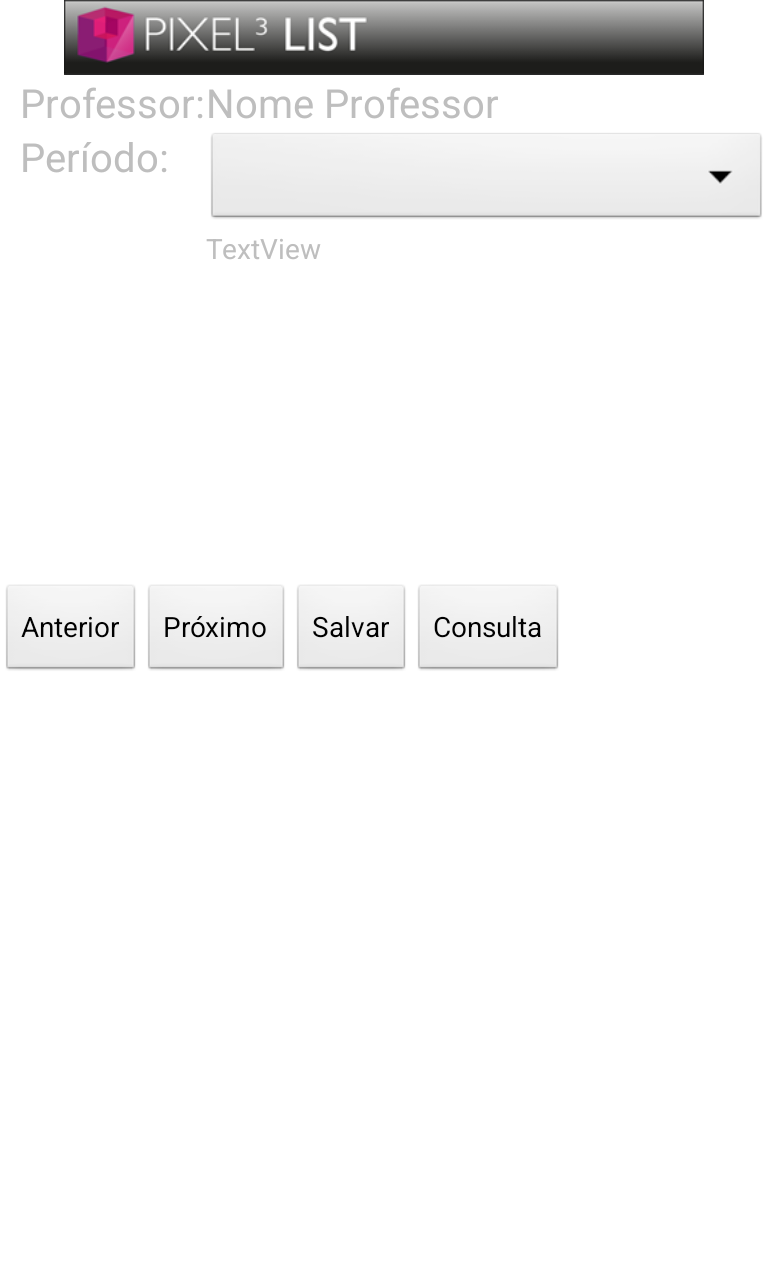
Repository: pixel3mobi/listaDigital
Layout: Pixel3List/res/layout/chamada.xml
The author's editor kept a copy of each file at every save. The layout is drawn from the files as they stood at one save, then again after the next save.
It is drawn on a 768 x 1280 px phone screen (xhdpi) without system bars, with theme android:Theme; the app's code is not run. Lists and similar views that code fills are empty.

Above is the layout before, as saved 2011-03-23 16:11:14.

### Pixel3List/res/layout/chamada.xml
<?xml version="1.0" encoding="utf-8"?>
<RelativeLayout
	android:id="@+id/widget50"
	android:background="@drawable/fundo_branco"
	android:layout_width="fill_parent"
	android:layout_height="fill_parent"
	xmlns:android="http://schemas.android.com/apk/res/android">
	<ImageView
		android:id="@+id/cabecalho"
		android:src="@drawable/cabecalho"
		android:layout_width="fill_parent"
		android:layout_height="wrap_content"
		android:layout_alignParentTop="true"
		android:layout_alignParentLeft="true">
	</ImageView>
	<RelativeLayout
		android:layout_height="wrap_content"
		android:id="@+id/relativeLayout2"
		android:background="@drawable/fundo_branco"
		android:layout_width="wrap_content"
		android:layout_below="@+id/cabecalho"
		android:layout_alignLeft="@+id/cabecalho"
		android:layout_alignRight="@+id/cabecalho">
		<TextView
			android:id="@+id/txtProfessor"
			android:layout_height="wrap_content"
			android:paddingLeft="10dip"
			android:text="Professor:"
			android:textSize="20dip"
			android:layout_width="wrap_content"
			android:layout_alignParentTop="true">
		</TextView>
		<TextView android:id="@+id/txtPeriodo" android:textSize="20dip" android:layout_height="wrap_content" android:paddingLeft="10dip" android:layout_width="wrap_content" android:text="Período:" android:layout_below="@+id/txtProfessor" android:layout_alignLeft="@+id/txtProfessor"></TextView>
		<TextView android:id="@+id/nomeProfessor" android:textSize="20dip" android:layout_height="wrap_content" android:layout_width="wrap_content" android:text="Nome Professor" android:layout_toRightOf="@+id/txtProfessor" android:layout_alignTop="@+id/txtProfessor" android:layout_alignBottom="@+id/txtProfessor"></TextView>
		<Spinner android:layout_height="50dip" android:layout_width="fill_parent" android:paddingLeft="10dip" android:id="@+id/periodos" android:layout_below="@+id/nomeProfessor" android:layout_alignLeft="@+id/nomeProfessor"></Spinner>
		<TextView android:id="@+id/textView2" android:layout_height="wrap_content" android:layout_width="wrap_content" android:layout_below="@+id/periodos" android:text="TextView" android:layout_alignLeft="@+id/periodos" android:layout_alignRight="@+id/periodos"></TextView>
	</RelativeLayout>
	<ListView
		android:id="@+id/alunos"
		android:layout_width="fill_parent"
		android:background="@drawable/fundo_branco"
		android:layout_height="300dip"
		android:layout_alignParentBottom="true"
		android:layout_alignParentRight="true">
	</ListView>
	<RelativeLayout android:layout_height="wrap_content" android:layout_width="wrap_content" android:background="@drawable/fundo_branco" android:id="@+id/relativeLayout1" android:layout_above="@+id/alunos" android:layout_alignLeft="@+id/alunos" android:layout_alignRight="@+id/alunos">
		<Button android:layout_alignParentLeft="true" android:id="@+id/btnAnterior" android:layout_height="wrap_content" android:layout_width="wrap_content" android:text="Anterior"></Button>
		<Button android:layout_alignTop="@+id/btnAnterior" android:id="@+id/btnProximo" android:layout_toRightOf="@+id/btnAnterior" android:layout_height="wrap_content" android:layout_width="wrap_content" android:layout_alignBottom="@+id/btnAnterior" android:text="Próximo"></Button>
		<Button android:layout_alignTop="@+id/btnProximo" android:id="@+id/btnSalvar" android:layout_toRightOf="@+id/btnProximo" android:layout_height="wrap_content" android:layout_width="wrap_content" android:layout_alignBottom="@+id/btnProximo" android:text="Salvar"></Button>
		<Button android:layout_alignTop="@+id/btnSalvar" android:id="@+id/btnConsulta" android:layout_toRightOf="@+id/btnSalvar" android:layout_height="wrap_content" android:layout_width="wrap_content" android:layout_alignBottom="@+id/btnSalvar" android:text="Consulta"></Button>
	</RelativeLayout>
</RelativeLayout>

After the next save:
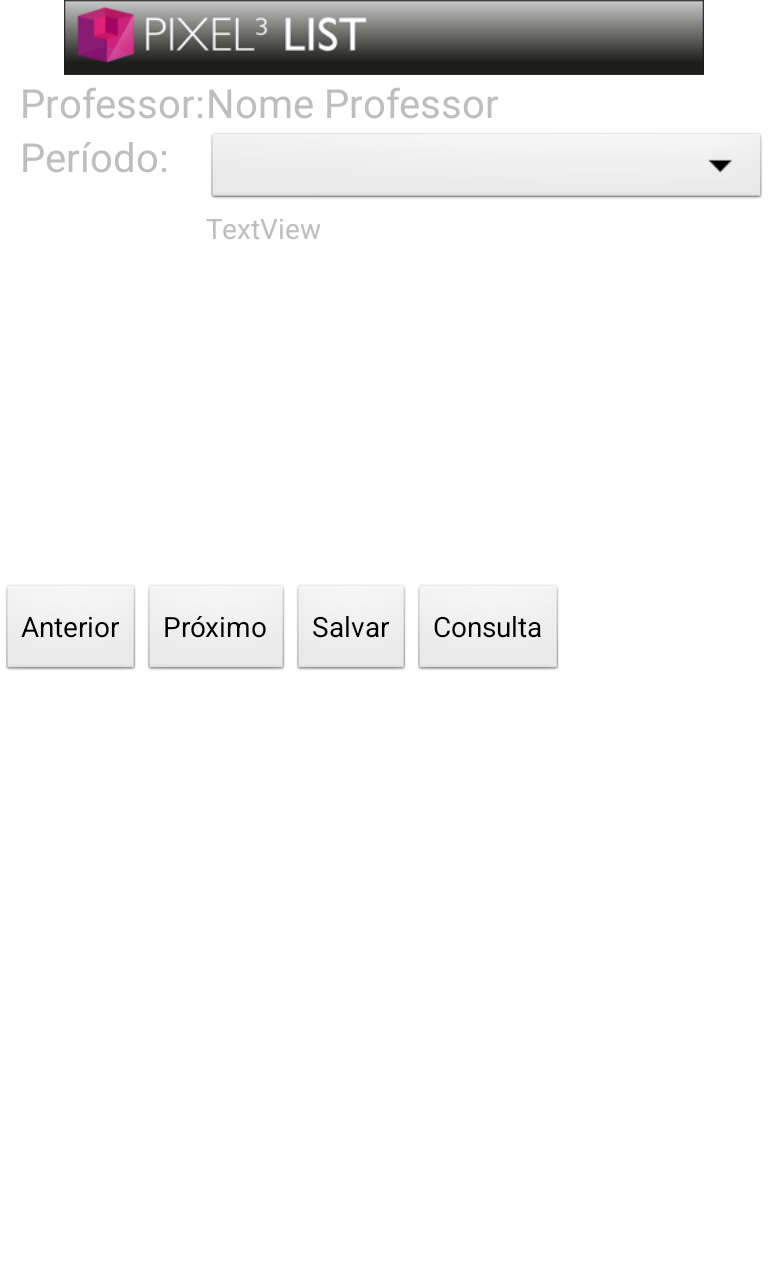
Saved 12 s later.
--- a/Pixel3List/res/layout/chamada.xml
+++ b/Pixel3List/res/layout/chamada.xml
@@ -32,7 +32,7 @@
 		</TextView>
 		<TextView android:id="@+id/txtPeriodo" android:textSize="20dip" android:layout_height="wrap_content" android:paddingLeft="10dip" android:layout_width="wrap_content" android:text="Período:" android:layout_below="@+id/txtProfessor" android:layout_alignLeft="@+id/txtProfessor"></TextView>
 		<TextView android:id="@+id/nomeProfessor" android:textSize="20dip" android:layout_height="wrap_content" android:layout_width="wrap_content" android:text="Nome Professor" android:layout_toRightOf="@+id/txtProfessor" android:layout_alignTop="@+id/txtProfessor" android:layout_alignBottom="@+id/txtProfessor"></TextView>
-		<Spinner android:layout_height="50dip" android:layout_width="fill_parent" android:paddingLeft="10dip" android:id="@+id/periodos" android:layout_below="@+id/nomeProfessor" android:layout_alignLeft="@+id/nomeProfessor"></Spinner>
+		<Spinner android:layout_height="40dip" android:layout_width="fill_parent" android:paddingLeft="10dip" android:id="@+id/periodos" android:layout_below="@+id/nomeProfessor" android:layout_alignLeft="@+id/nomeProfessor"></Spinner>
 		<TextView android:id="@+id/textView2" android:layout_height="wrap_content" android:layout_width="wrap_content" android:layout_below="@+id/periodos" android:text="TextView" android:layout_alignLeft="@+id/periodos" android:layout_alignRight="@+id/periodos"></TextView>
 	</RelativeLayout>
 	<ListView

After the save that followed:
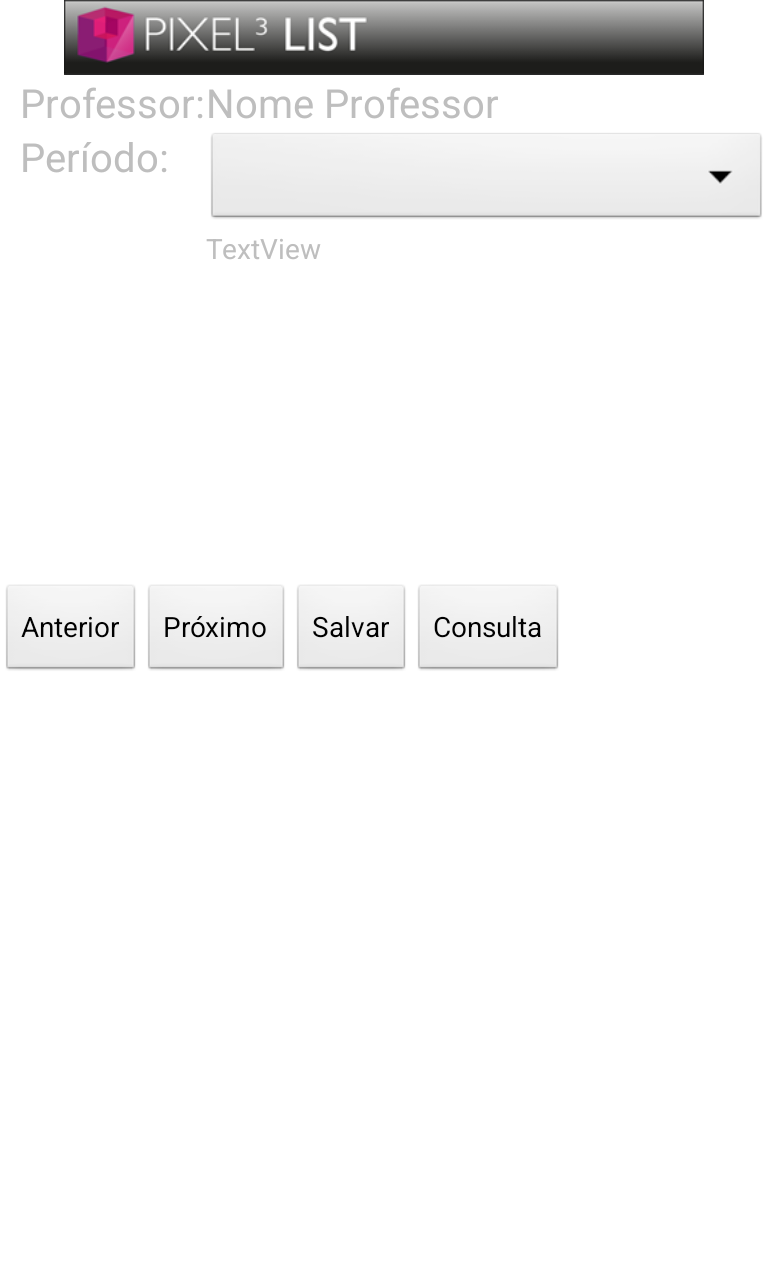
Saved 68 s later.
--- a/Pixel3List/res/layout/chamada.xml
+++ b/Pixel3List/res/layout/chamada.xml
@@ -32,8 +32,8 @@
 		</TextView>
 		<TextView android:id="@+id/txtPeriodo" android:textSize="20dip" android:layout_height="wrap_content" android:paddingLeft="10dip" android:layout_width="wrap_content" android:text="Período:" android:layout_below="@+id/txtProfessor" android:layout_alignLeft="@+id/txtProfessor"></TextView>
 		<TextView android:id="@+id/nomeProfessor" android:textSize="20dip" android:layout_height="wrap_content" android:layout_width="wrap_content" android:text="Nome Professor" android:layout_toRightOf="@+id/txtProfessor" android:layout_alignTop="@+id/txtProfessor" android:layout_alignBottom="@+id/txtProfessor"></TextView>
-		<Spinner android:layout_height="40dip" android:layout_width="fill_parent" android:paddingLeft="10dip" android:id="@+id/periodos" android:layout_below="@+id/nomeProfessor" android:layout_alignLeft="@+id/nomeProfessor"></Spinner>
-		<TextView android:id="@+id/textView2" android:layout_height="wrap_content" android:layout_width="wrap_content" android:layout_below="@+id/periodos" android:text="TextView" android:layout_alignLeft="@+id/periodos" android:layout_alignRight="@+id/periodos"></TextView>
+		<Spinner android:layout_height="50dip" android:layout_width="fill_parent" android:paddingLeft="10dip" android:id="@+id/periodos" android:layout_below="@+id/nomeProfessor" android:layout_alignLeft="@+id/nomeProfessor"></Spinner>
+		<TextView android:id="@+id/txtData" android:layout_height="wrap_content" android:layout_width="wrap_content" android:layout_below="@+id/periodos" android:text="TextView" android:layout_alignLeft="@+id/periodos" android:layout_alignRight="@+id/periodos"></TextView>
 	</RelativeLayout>
 	<ListView
 		android:id="@+id/alunos"
